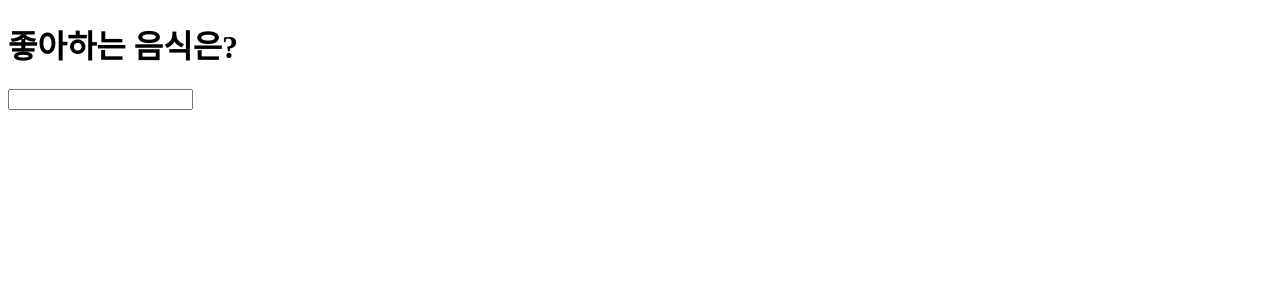
Repository: usonihs/StudyX
Page: http://localhost/Servlets/CharacterTest_02.jsp
An editor plug-in stored every save of this project. The page is shown before and after the next save, followed by the edit.
The browser window is 1280 px wide. The pictures show the whole page.
The page is served by Tomcat 9. Other server files are loaded and not shown.

Above is the page before, as saved 2022-10-21 08:14:19.

### JSP/Servlets/src/main/webapp/CharacterTest_02.jsp
<%@ page language="java" contentType="text/html; charset=UTF-8"
	pageEncoding="UTF-8"%>
<!DOCTYPE html>
<html>
<head>
<meta charset="UTF-8">
<title></title>
</head>
<body>

	<h1>좋아하는 음식은?</h1>
	<form action="CharacterTest_03.jsp">
		<input type="text" name="food">


	</form>

</body>
</html>

After the next save:
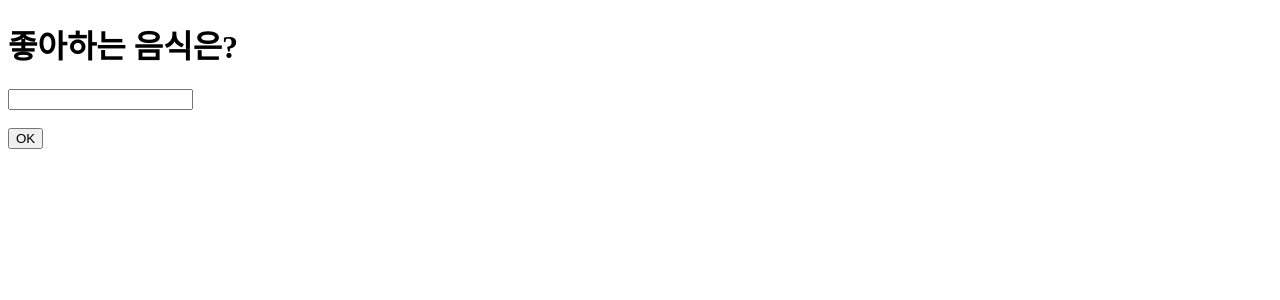
Saved 34 s later.
--- a/JSP/Servlets/src/main/webapp/CharacterTest_02.jsp
+++ b/JSP/Servlets/src/main/webapp/CharacterTest_02.jsp
@@ -11,6 +11,9 @@
 	<h1>좋아하는 음식은?</h1>
 	<form action="CharacterTest_03.jsp">
 		<input type="text" name="food">
+		<br>
+		<br>
+		<input type="submit" value="OK">
 
 
 	</form>
